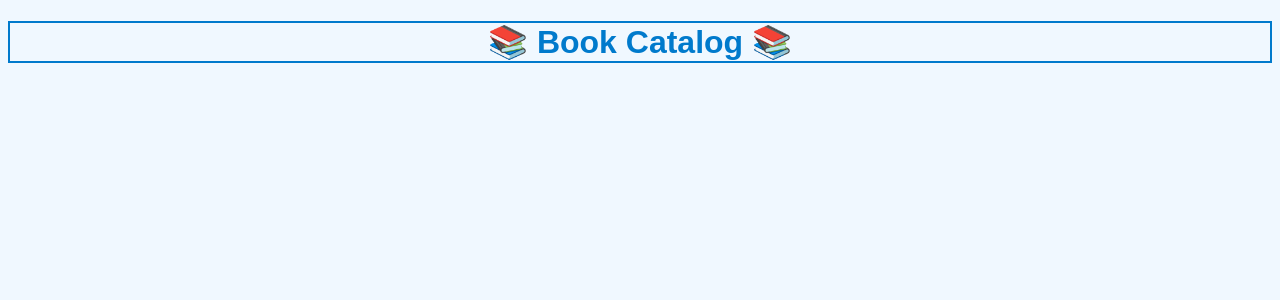
Repository: kaitlynlew/Book-Catalog
Page: /
These files come from the project's save history. The page is drawn as it stood at one moment and after the next save; the edit follows.
The browser window is 1280 px wide. The pictures show the whole page.
The project was rebuilt for these pictures with package versions that can differ from the ones it lists, and the page was loaded fresh each time. Also part of the build but not shown: vite.config.js.

Above is the page before, as saved 2025-09-14 00:07:42.

### index.html
<!doctype html>
<html lang="en">

<head>
  <meta charset="UTF-8" />
  <meta name="viewport" content="width=device-width, initial-scale=1.0" />
  <title>📚 Book Catalog</title>
</head>

<body>
  <div id="root"></div>
  <script type="module" src="/src/main.jsx"></script>
</body>

</html>

### src/App.jsx

function App() {
  return <h1>📚 Book Catalog 📚</h1>;
}

export default App;

### src/App.css
/* index.css */
body {
  background-color: #f0f8ff;
  font-family: sans-serif;
}

h1 {
  color: #007acc;
  text-align: center;
  border: 2px solid #007acc;
}

Loaded but not shown: src/main.jsx (common file)

After the next save:
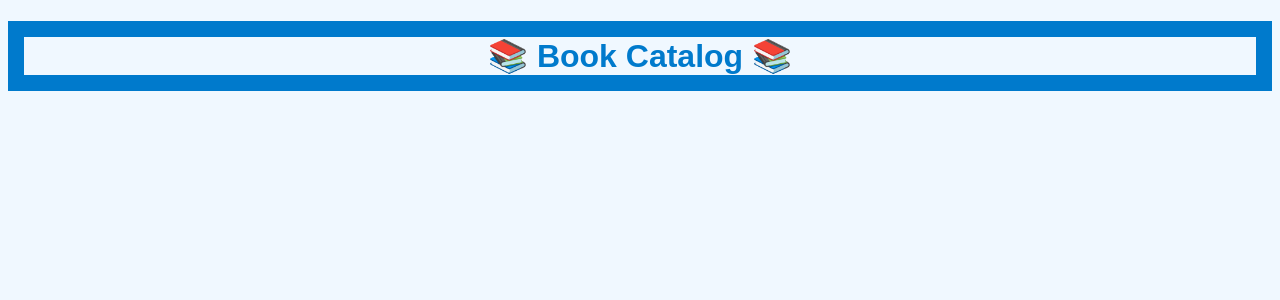
Saved 16 s later.
--- a/src/App.css
+++ b/src/App.css
@@ -7,5 +7,5 @@ body {
 h1 {
   color: #007acc;
   text-align: center;
-  border: 2px solid #007acc;
+  border: 1rem solid #007acc;
 }
